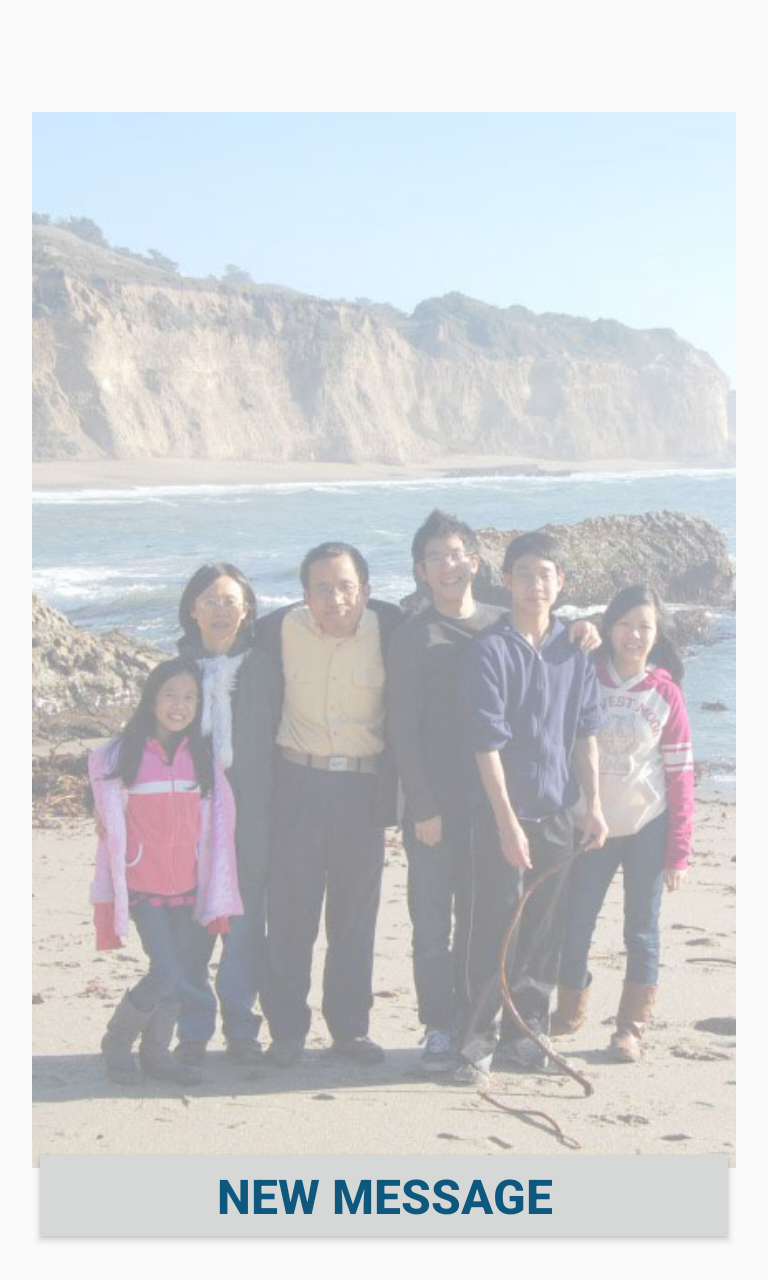
Repository: asaphy/routines
Layout: AndroidWorkSpace/Father'sDayApp/res/layout/activity_main.xml
An editor plug-in stored every save of this project. The layout is shown before and after the next save, followed by the edit.
It is drawn on a 768 x 1280 px phone screen (xhdpi) without system bars, with theme AppTheme; the app's code is not run.

Above is the layout before, as saved 2014-06-14 23:00:50.

### AndroidWorkSpace/Father'sDayApp/res/layout/activity_main.xml
<RelativeLayout xmlns:android="http://schemas.android.com/apk/res/android"
    xmlns:tools="http://schemas.android.com/tools"
    android:layout_width="match_parent"
    android:layout_height="match_parent"
    android:paddingBottom="@dimen/activity_vertical_margin"
    android:paddingLeft="@dimen/activity_horizontal_margin"
    android:paddingRight="@dimen/activity_horizontal_margin"
    android:paddingTop="@dimen/activity_vertical_margin"
    tools:context="com.asaphyuan.fathersdayapp.MainActivity$PlaceholderFragment" >

    <ImageView
        android:id="@+id/imageView1"
        android:layout_width="match_parent"
        android:layout_height="match_parent"
        android:src="@drawable/family" />

    <TextView
        android:id="@+id/textView1"
        android:layout_width="wrap_content"
        android:layout_height="wrap_content"
        android:layout_alignParentTop="true"
        android:layout_centerHorizontal="true"
        android:layout_marginTop="103dp"
        android:gravity="center_horizontal"
        android:textSize="32sp" />

    <Button
        android:id="@+id/button1"
        android:layout_width="match_parent"
        android:layout_height="wrap_content"
        android:layout_alignBottom="@+id/imageView1"
        android:layout_alignLeft="@+id/imageView1"
        android:text="New Message"
        android:textColor="#0D587C"
        android:textSize="24sp"
        android:textStyle="bold"
        android:typeface="normal" />

</RelativeLayout>

Loaded but not shown: AndroidWorkSpace/Father'sDayApp/res/values/styles.xml (common file); AndroidWorkSpace/Father'sDayApp/res/values-v11/styles.xml (common file); AndroidWorkSpace/Father'sDayApp/res/values-v14/styles.xml (common file); AndroidWorkSpace/Father'sDayApp/res/values/dimens.xml (common file); AndroidWorkSpace/Father'sDayApp/res/values-w820dp/dimens.xml (common file)

After the next save:
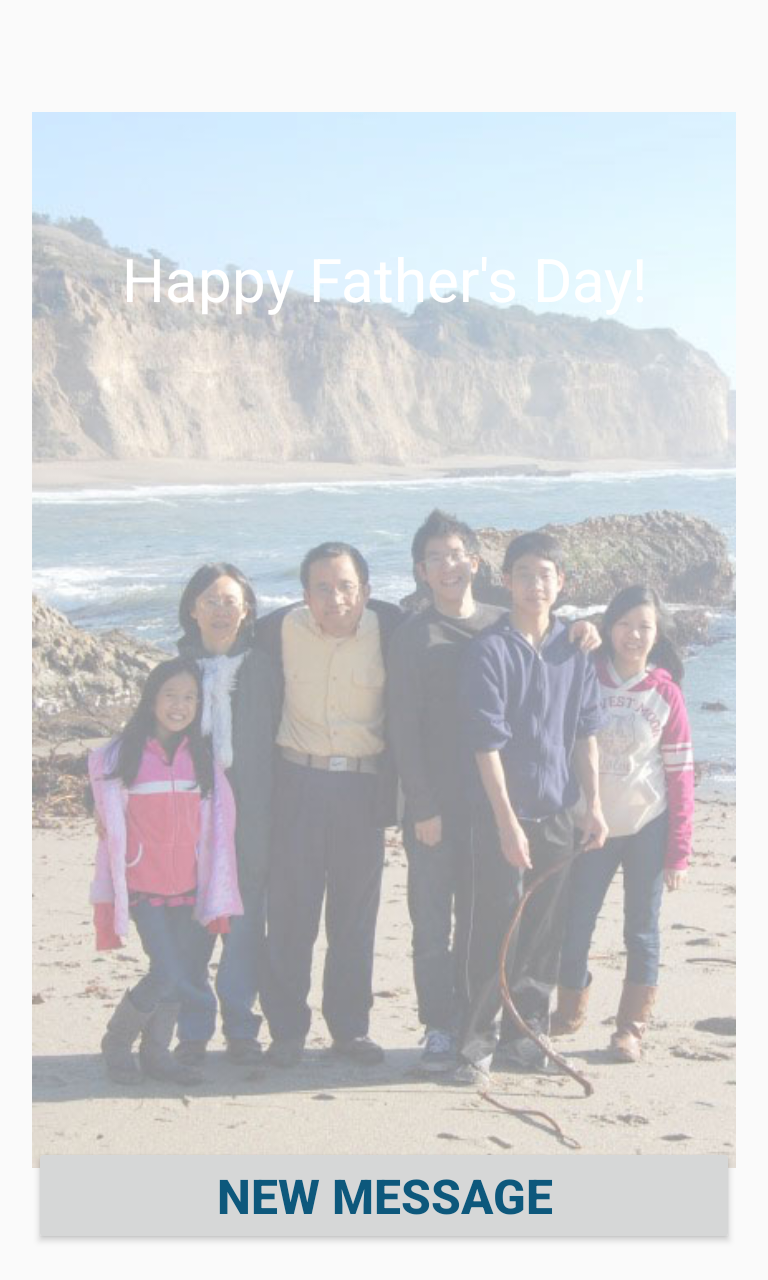
Saved 2 min 58 s later.
--- a/AndroidWorkSpace/Father'sDayApp/res/layout/activity_main.xml
+++ b/AndroidWorkSpace/Father'sDayApp/res/layout/activity_main.xml
@@ -22,7 +22,9 @@
         android:layout_centerHorizontal="true"
         android:layout_marginTop="103dp"
         android:gravity="center_horizontal"
-        android:textSize="32sp" />
+        android:text="Happy Father&apos;s Day!"
+        android:textColor="#FFFFFF"
+        android:textSize="30sp" />
 
     <Button
         android:id="@+id/button1"
